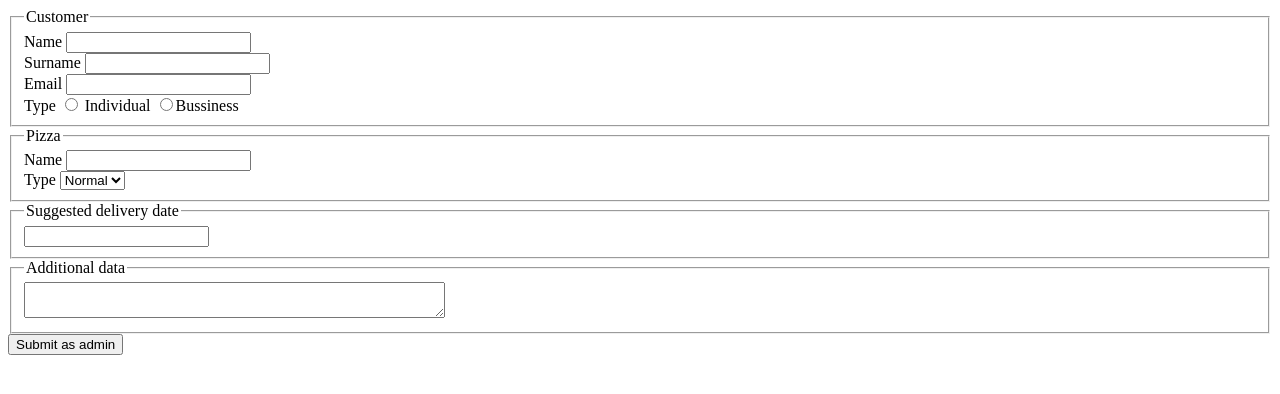
Repository: lukas77pro/html_css_js
Page: html/Test/WebContent/Formularz.html
These files come from the project's save history. The page is drawn as it stood at one moment and after the next save; the edit follows.
The browser window is 1280 px wide. The pictures show the whole page.

Above is the page before, as saved 2015-07-10 11:55:33.

### html/Test/WebContent/Formularz.html
<!DOCTYPE html>
<html>
<head>
<meta charset="UTF-8">
<title>Insert title here</title>
</head>

<body>


	<fieldset>
		<legend>Customer</legend>
		<div>
			<label for="inputName">Name</label> <input type="text"
				name="inputName">
		</div>
		<div>
			<label for="inputSurname">Surname</label> <input type="text"
				name="inputSurname">
		</div>
		<div>
			<label for="inputEmail">Email</label> <input type="text"
				name="inputEmail">
		</div>
		<div>
			<label for="radio1">Type</label> <input type="radio" name="radio1">
			<label for="radio1">Individual</label> <input type="radio"
				name="radio2"><label for="radio2">Bussiness</label>
		</div>
	</fieldset>

	<fieldset>
		<legend>Pizza</legend>
		<div>
			<label for="inputName">Name</label> <input type="text"
				name="inputName">
		</div>
		<label for="inputName">Type</label> <select name="select">
			<option value="Small">Small</option>
			<option value="Normal" selected>Normal</option>
			<option value="Big">Big</option>
		</select>
	</fieldset>

	<fieldset>
		<legend>Suggested delivery date</legend>
		<input type="text" name="Date">
	</fieldset>

	<fieldset>
		<legend>Additional data</legend>
		<textarea name="textarea" rows="2" cols="50"></textarea>
	</fieldset>
	<button type="submit" formaction="Tabela.html">Submit as admin</button>
</body>
</html>

After the next save:
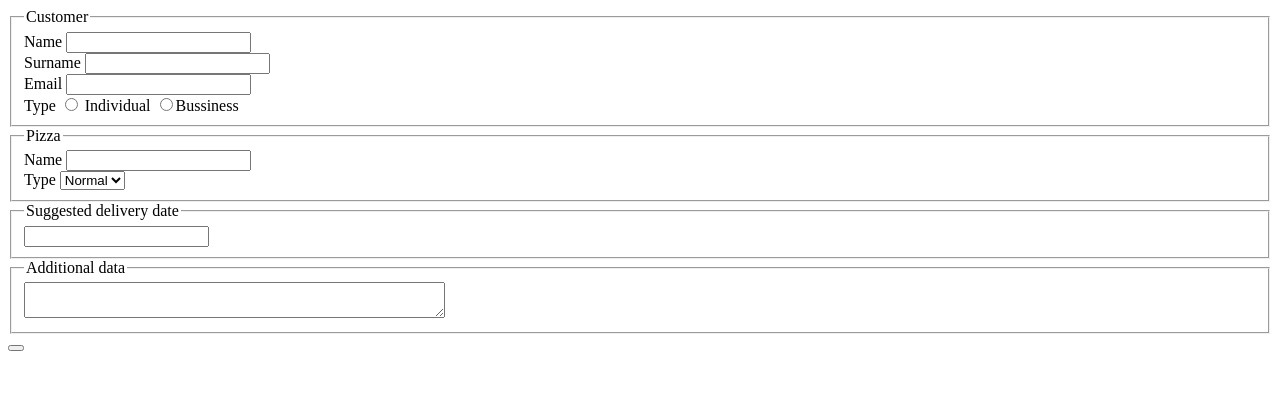
Saved 55 s later.
--- a/html/Test/WebContent/Formularz.html
+++ b/html/Test/WebContent/Formularz.html
@@ -51,6 +51,6 @@
 		<legend>Additional data</legend>
 		<textarea name="textarea" rows="2" cols="50"></textarea>
 	</fieldset>
-	<button type="submit" formaction="Tabela.html">Submit as admin</button>
+	<button type="submit" formaction="Tabela.html">
 </body>
 </html>
